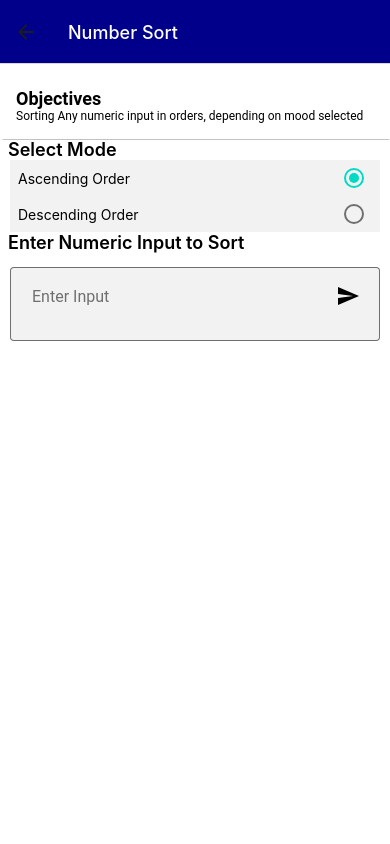
Repository: seyicoded/rn-crazy-algorithm-app
Screen: /Sort_simple_number
An editor plug-in stored every save of this project. The screen is shown before and after the next save, followed by the edit.
The app was drawn by React Native's web renderer in a window 390 px wide. The project was rebuilt for these pictures with package versions that can differ from the ones it lists, and the page was loaded fresh each time. Also part of the build but not shown: src/screens/sort.js, src/screens/filter.js, src/screens/advance.js, src/screens/sorts/Sort_alphabet.js.

Above is the screen before, as saved 2022-03-30 18:24:47.

After the next save:
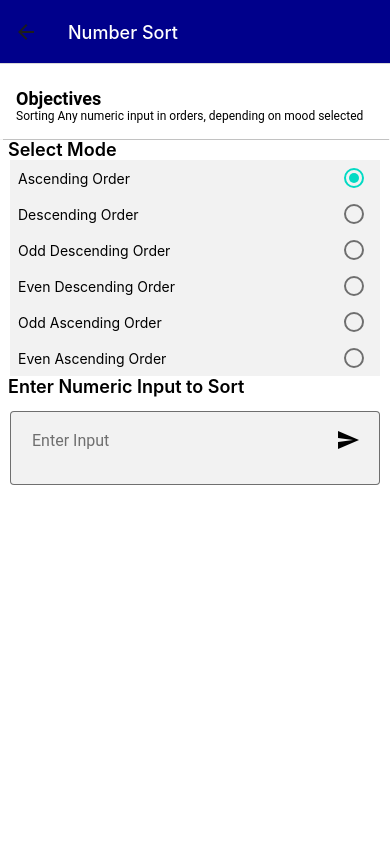
Saved 2 min 13 s later.
--- a/src/screens/sorts/Sort_simple_number.js
+++ b/src/screens/sorts/Sort_simple_number.js
@@ -63,10 +63,39 @@ export default function Sort_simple_number() {
                         <RadioButton value="ascending" />
                     </View>
                 </TouchableOpacity>
+
                 <TouchableOpacity onPress={()=>setValue('descending')}>
                     <View style={styles.radio}>
                         <Text>Descending Order</Text>
                         <RadioButton value="descending" />
+                    </View>
+                </TouchableOpacity>
+
+                <TouchableOpacity onPress={()=>setValue('odd_descending')}>
+                    <View style={styles.radio}>
+                        <Text>Odd Descending Order</Text>
+                        <RadioButton value="odd_descending" />
+                    </View>
+                </TouchableOpacity>
+
+                <TouchableOpacity onPress={()=>setValue('even_descending')}>
+                    <View style={styles.radio}>
+                        <Text>Even Descending Order</Text>
+                        <RadioButton value="even_descending" />
+                    </View>
+                </TouchableOpacity>
+
+                <TouchableOpacity onPress={()=>setValue('odd_ascending')}>
+                    <View style={styles.radio}>
+                        <Text>Odd Ascending Order</Text>
+                        <RadioButton value="odd_ascending" />
+                    </View>
+                </TouchableOpacity>
+
+                <TouchableOpacity onPress={()=>setValue('even_ascending')}>
+                    <View style={styles.radio}>
+                        <Text>Even Ascending Order</Text>
+                        <RadioButton value="even_ascending" />
                     </View>
                 </TouchableOpacity>
             </RadioButton.Group>
